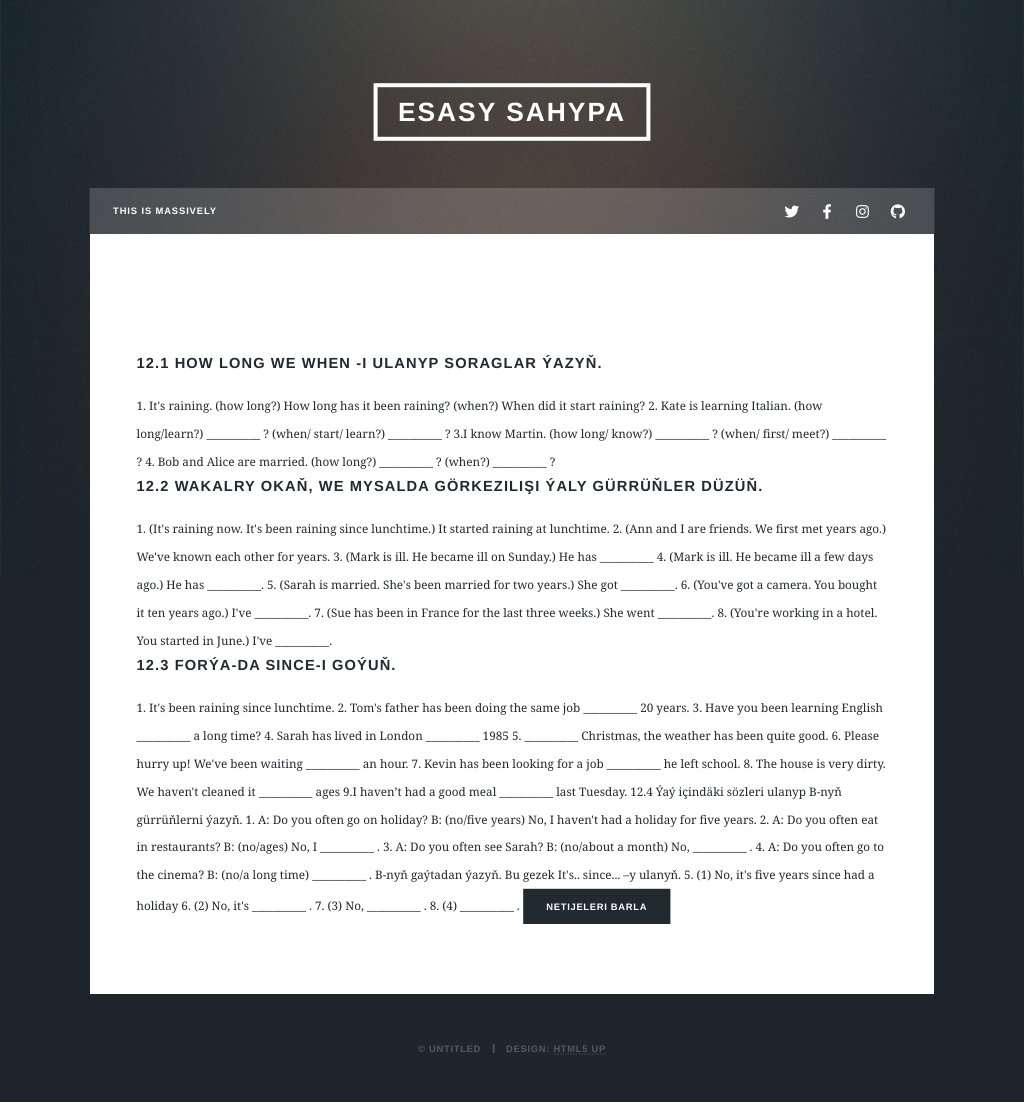
Repository: Sahet-dev/English-grammar-app
Page: test/test_unit _12.html
The author's editor kept a copy of each file at every save. The page is drawn from the files as they stood at one save, then again after the next save.
The browser window is 1280 px wide. The pictures show the whole page, at 80% of full size.
Some web fonts or font styles are not loaded; a fallback is used.

Above is the page before, as saved 2022-06-24 14:41:14.

### test/test_unit _12.html
<!DOCTYPE HTML>
<!--
	Massively by HTML5 UP
	html5up.net | @ajlkn
	Free for personal and commercial use under the CCA 3.0 license (html5up.net/license)
-->
<html>
	<head>
		<title>Test </title>
		<meta charset="utf-8" />
		<meta name="viewport" content="width=device-width, initial-scale=1, user-scalable=no" />
		<link rel="stylesheet" href="../assets/css/test.css" />
		<noscript><link rel="stylesheet" href="../assets/css/noscript.css" /></noscript>
	</head>
	<body class="is-preload">

		<!-- Wrapper -->
			<div id="wrapper">

				<!-- Header -->
					<header id="header">
						<a href="index.html" class="logo">Esasy Sahypa</a>
					</header>

				<!-- Nav -->
					<nav id="nav">
						<ul class="links">
							<li><a href="units/.html">This is Massively</a></li>

						</ul>
						<ul class="icons">
							<li><a href="#" class="icon brands fa-twitter"><span class="label">Twitter</span></a></li>
							<li><a href="#" class="icon brands fa-facebook-f"><span class="label">Facebook</span></a></li>
							<li><a href="#" class="icon brands fa-instagram"><span class="label">Instagram</span></a></li>
							<li><a href="#" class="icon brands fa-github"><span class="label">GitHub</span></a></li>
						</ul>
					</nav>

				<!-- Main -->
					<div id="main">

						<!-- Post -->
							<section class="post">
								<header class="major">
									<h2>


									</h2>
								</header>

								<!-- Text stuff -->

									<p>
										<form action="results-unit-1.php" method="post">

										<h3>
													12.1 How long we when -i ulanyp soraglar ýazyň.
												</h3>
													1. It's raining.
													(how long?) How long has it been raining?
													(when?) When did it start raining?

													2. Kate is learning Italian.
													(how long/learn?)  __________ ?
													(when/ start/ learn?)  __________ ?


													3.I know Martin.

													(how long/ know?)  __________ ?
													(when/ first/ meet?)  __________ ?


													4. Bob and Alice are married.
													(how long?)  __________ ?
													(when?)  __________ ?


												<h3>12.2

													Wakalry okaň, we mysalda görkezilişi ýaly gürrüňler düzüň.</h3>

													1. (It's raining now. It's been raining since
													lunchtime.) It started raining at lunchtime.

													2. (Ann and I are friends. We first met years
													ago.) We've known each other for years.

													3. (Mark is ill. He became ill on Sunday.) He

													has  __________

													4. (Mark is ill. He became ill a few days ago.)
													He has  __________.

													5. (Sarah is married. She's been married for
													two years.) She got  __________.

													6. (You've got a camera. You bought it ten
													years ago.) I've  __________.

													7. (Sue has been in France for the last three
													weeks.) She went  __________.

													8. (You're working in a hotel. You started in
													June.) I've  __________.

												<h3>12.3

													Forýa-da since-i goýuň.</h3>

													1. It's been raining since lunchtime.

													2. Tom's father has been doing the same job  __________   20 years.

													3. Have you been learning English  __________   a long time?

													4. Sarah has lived in London   __________   1985
													5.  __________   Christmas, the weather has been
													quite good.

													6. Please hurry up! We've been waiting  __________   an hour.



													7. Kevin has been looking for a job  __________   he left school.

													8. The house is very dirty. We haven't cleaned
													it  __________  ages

													9.I haven’t had a good meal  __________   last Tuesday.

													12.4

													Ýaý içindäki sözleri ulanyp B-nyň gürrüňlerni ýazyň.

													1. A: Do you often go on holiday?
													B: (no/five years) No, I haven't had a holiday for five years.

													2. A: Do you often eat in restaurants?
													B: (no/ages) No, I   __________   .

													3. A: Do you often see Sarah?
													B: (no/about a month) No,  __________   .

													4. A: Do you often go to the cinema?
													B: (no/a long time)  __________   .

													B-nyň  gaýtadan ýazyň. Bu gezek

													It's.. since... –y ulanyň.

													5. (1) No, it's five years since had a holiday

													6. (2) No, it's  __________   .

													7. (3) No,  __________   .

													8. (4)  __________   .


											        <button class="button primary" type="submit">Netijeleri barla</button>
										</form>



									</p>


							</section>

					</div>


				<!-- Copyright -->
					<div id="copyright">
						<ul><li>&copy; Untitled</li><li>Design: <a href="https://html5up.net">HTML5 UP</a></li></ul>
					</div>

			</div>

		<!-- Scripts -->
			<script src="assets/js/jquery.min.js"></script>
			<script src="assets/js/jquery.scrollex.min.js"></script>
			<script src="assets/js/jquery.scrolly.min.js"></script>
			<script src="assets/js/browser.min.js"></script>
			<script src="assets/js/breakpoints.min.js"></script>
			<script src="assets/js/util.js"></script>
			<script src="assets/js/main.js"></script>

	</body>
</html>

Loaded but not shown: assets/js/jquery.min.js (library); assets/js/jquery.scrollex.min.js (common file); assets/js/jquery.scrolly.min.js (common file); assets/js/browser.min.js (common file); assets/js/breakpoints.min.js (common file); assets/css/fontawesome-all.min.css (library); assets/js/util.js (587 lines, source omitted); assets/js/main.js (258 lines, source omitted); assets/css/test.css (4689 lines, source omitted)

After the next save:
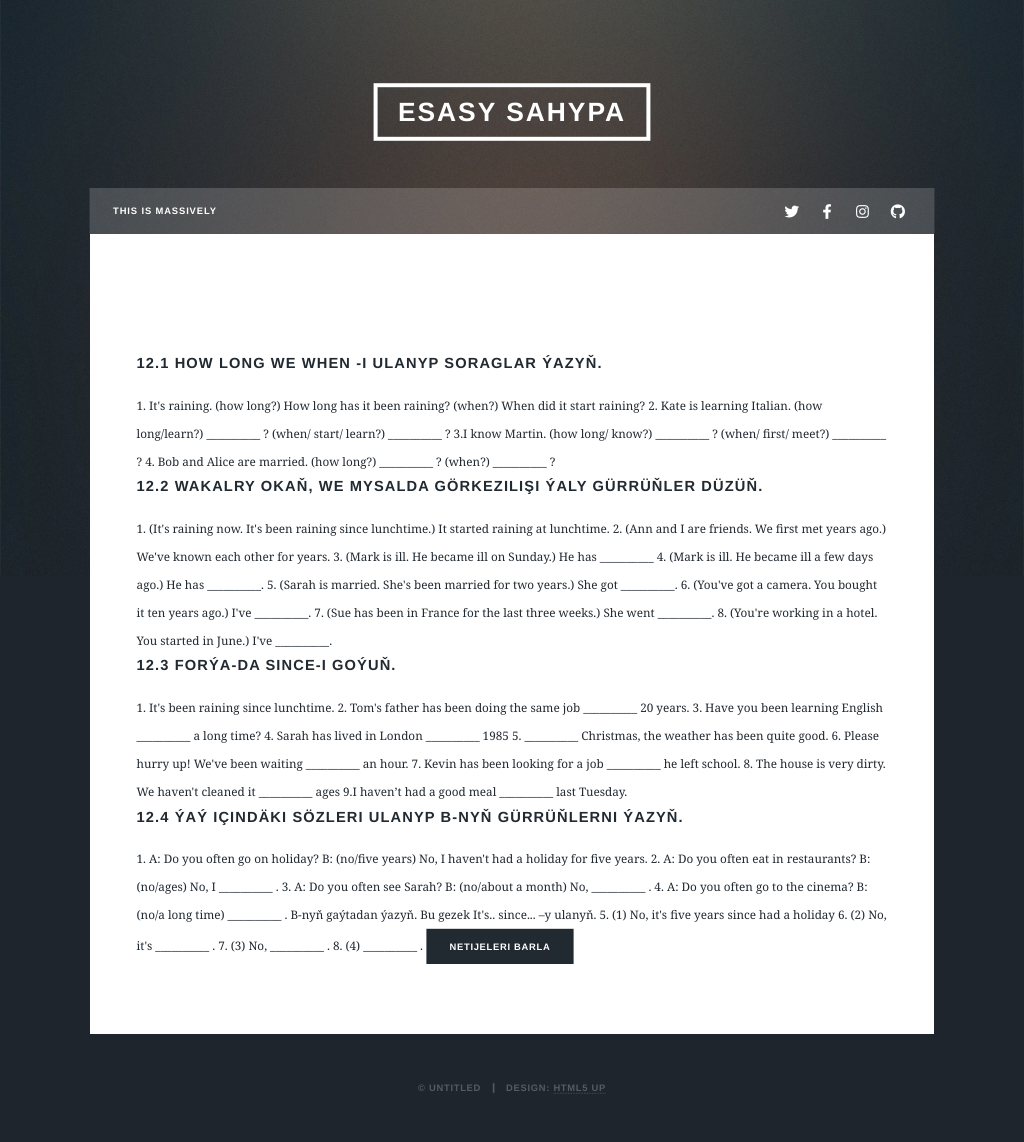
Saved 18 s later.
--- a/test/test_unit _12.html
+++ b/test/test_unit _12.html
@@ -130,9 +130,9 @@
 
 													9.I haven’t had a good meal  __________   last Tuesday.
 
-													12.4
+												<h3>12.4
 
-													Ýaý içindäki sözleri ulanyp B-nyň gürrüňlerni ýazyň.
+													Ýaý içindäki sözleri ulanyp B-nyň gürrüňlerni ýazyň.</h3>
 
 													1. A: Do you often go on holiday?
 													B: (no/five years) No, I haven't had a holiday for five years.
